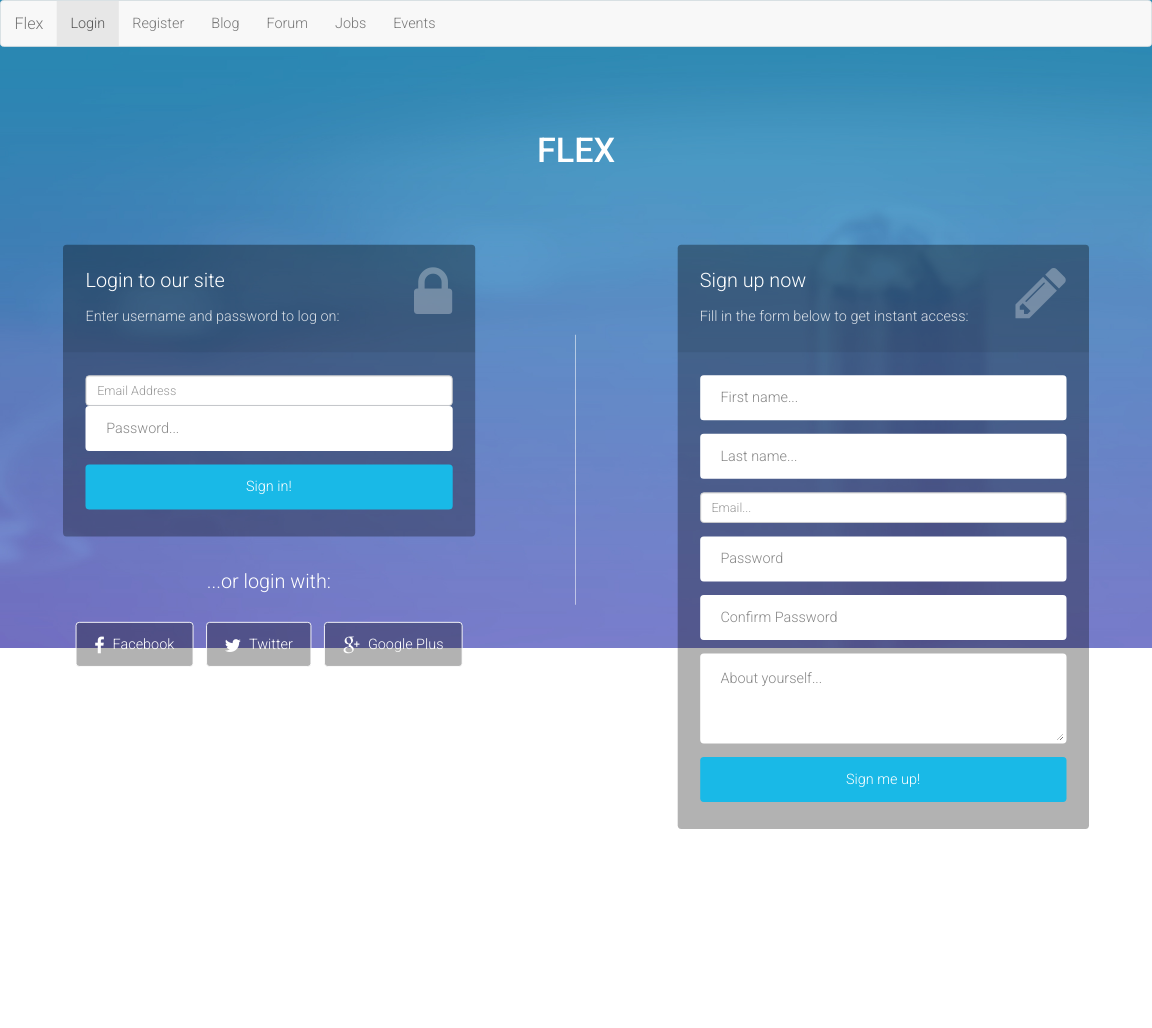
Repository: Angelamritha2012/Flex
Page: Collaboration/WebContent/index.html
An editor plug-in stored every save of this project. The page is shown before and after the next save, followed by the edit.
The browser window is 1280 px wide. The pictures show the whole page, at 90% of full size.
Some web libraries are served in a nearby version.

Above is the page before, as saved 2017-11-30 10:10:58.

After the next save:
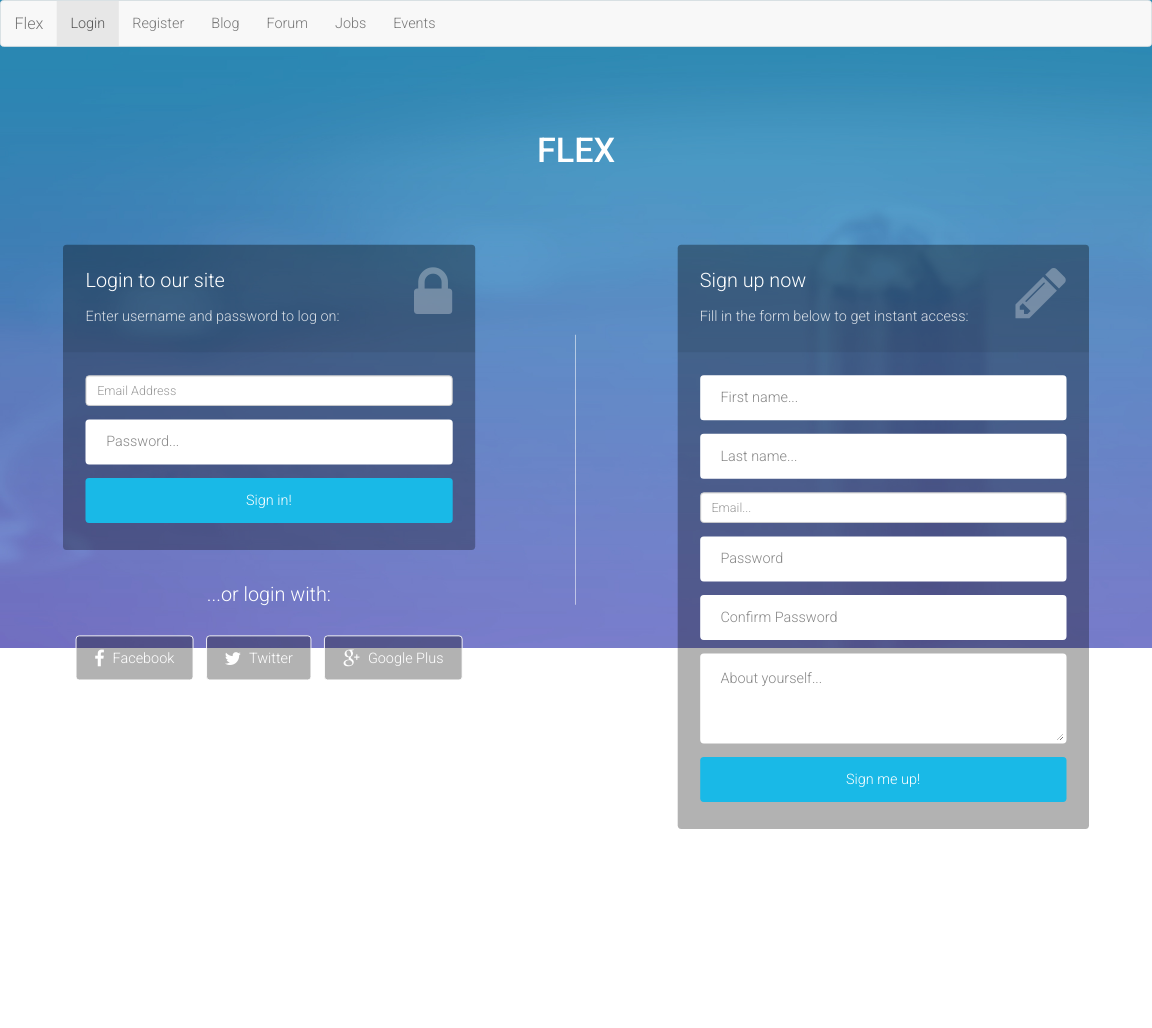
Saved 30 s later.
--- a/Collaboration/WebContent/index.html
+++ b/Collaboration/WebContent/index.html
@@ -90,7 +90,7 @@
 				                    		<label class="sr-only" for="form-username">Username</label>
 				                        	<input type="text" name="form-username" placeholder="Username..." class="form-username form-control" id="form-username">
 				                        </div>	 -->
-				                        <div>
+				                        <div class="form-group">
         <input type="email" id="email" name="email" class="form-control" placeholder="Email Address" ng-model="formData.email" required />
       </div>
 
